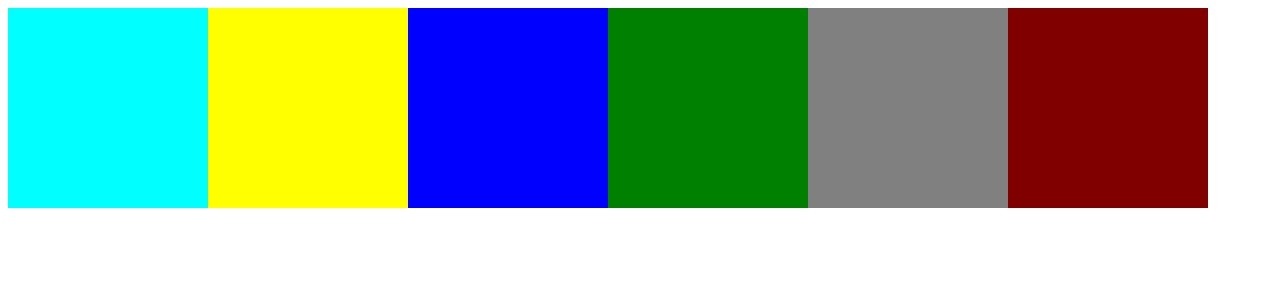
Repository: Sayan-100/Javascript
Page: PR4/index.html
The author's editor kept a copy of each file at every save. The page is drawn from the files as they stood at one save, then again after a run of saves.
The browser window is 1280 px wide. The pictures show the whole page.

Above is the page before, as saved 2022-01-10 12:11:21.

### PR4/index.html
<!DOCTYPE html>
<html lang="en">

<head>
    <meta charset="UTF-8">
    <meta http-equiv="X-UA-Compatible" content="IE=edge">
    <meta name="viewport" content="width=device-width, initial-scale=1.0">
    <title>Document</title>
    <link rel="stylesheet" href="style.css">
</head>

<body>
    <section>
        <div id="div1">

        </div>
        <div id="div2">

        </div>
        <div id="div3">

        </div>
        <div id="div4">

        </div>
        <div id="div5">

        </div>
        <div id="div6">

        </div>
    </section>
</body>

</html>

### PR4/style.css
section div {
    height: 200px;
    width: 200px;
}

#div1 {
    background-color: aqua;
}

#div2 {
    background-color: yellow;
}

#div3 {
    background-color: blue;
}

#div4 {
    background-color: green;
}

#div5 {
    background-color: grey;
}

#div6 {
    background-color: maroon;
}

section {
    display: flex;
}

After the next 2 saves:
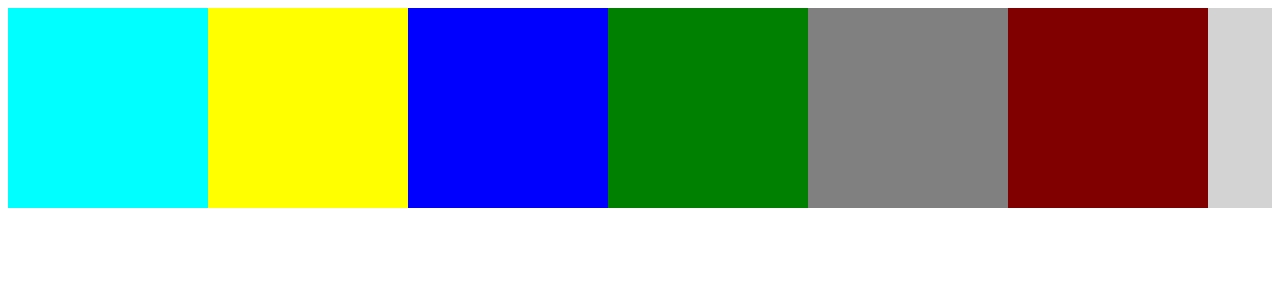
The 2 saves are shown as one change because they came seconds apart.
The last was saved 28 s later.
--- a/PR4/style.css
+++ b/PR4/style.css
@@ -29,4 +29,5 @@
 
 section {
     display: flex;
+    background-color: lightgrey;
 }
